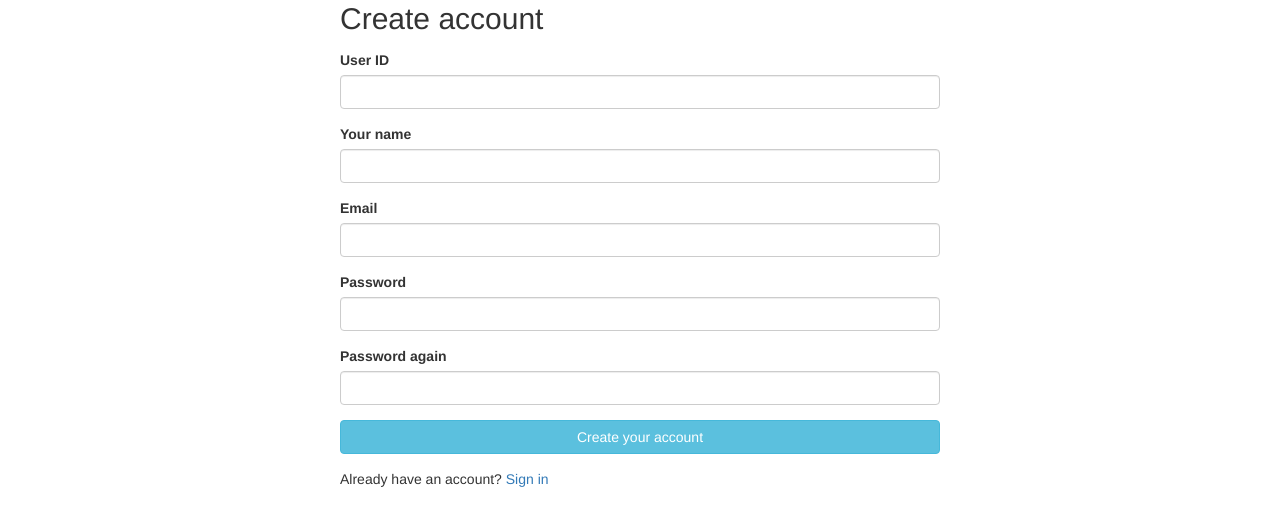
Repository: vishnujayabalan/MobileShopping
Page: http://localhost/frontend/WEB-INF/view/Register.jsp
The author's editor kept a copy of each file at every save. The page is drawn from the files as they stood at one save, then again after the next save.
The browser window is 1280 px wide. The pictures show the whole page.
Some web libraries are served in a nearby version. The page is served by Tomcat 9. Nobody is signed in. Other server files are loaded and not shown. The template is opened directly, without the code that normally fills it, so the values that code supplies are empty.

Above is the page before, as saved 2017-04-03 09:19:48.

### frontend/src/main/webapp/WEB-INF/view/Register.jsp
<%@ page language="java" contentType="text/html; charset=ISO-8859-1"
    pageEncoding="ISO-8859-1"%>
<!DOCTYPE html PUBLIC "-//W3C//DTD HTML 4.01 Transitional//EN" "http://www.w3.org/TR/html4/loose.dtd">
<html>
<head>
<%@ taglib uri="http://java.sun.com/jsp/jstl/core" prefix="c"%>
<meta http-equiv="Content-Type" content="text/html; charset=ISO-8859-1">
<meta name="viewport" content="width=device-width, initial-scale=1">
  <link rel="stylesheet" href="https://maxcdn.bootstrapcdn.com/bootstrap/3.3.7/css/bootstrap.min.css">
  <script src="https://ajax.googleapis.com/ajax/libs/jquery/3.1.1/jquery.min.js"></script>
  <script src="https://maxcdn.bootstrapcdn.com/bootstrap/3.3.7/js/bootstrap.min.js"></script>
<title>register</title>
</head>
<style>


h2 {
  margin-top: 2px;
  margin-bottom: 2px;
}

.container { max-width: 600px; }

.divider {
  text-align: center;
  margin-top: 20px;
  margin-bottom: 5px;
}
.divider hr {
 margin: 7px 0px;
  width: 35%;

}
.left { float: left; }

.right { float: right; }

<c:if test="${!empty register }">
					<div id="login-alert"
						class="alert alert-success col-sm-12">

							${msg}

					</div>
					</c:if>

</style>
<body>

    <div class="container">
		<div class="row">

					<form method="POST" action="create_register" method="get">
						<div class="form-group">
							<h2>Create account</h2>
						</div>
						<div class="form-group">
							<label class="control-label" for="id">User ID</label>
							<input name="userid" type="text" maxlength="20" class="form-control">
						</div>
						<div class="form-group">
							<label class="control-label" for="signupName">Your name</label>
							<input name="name" type="text" maxlength="50" class="form-control">
						</div>
						<div class="form-group">
							<label class="control-label" for="signupEmailagain">Email </label>
							<input name="email" type="email" maxlength="50" class="form-control">
						</div>
						<div class="form-group">
							<label class="control-label" for="signupPassword">Password</label>
							<input name="pwd" type="password" maxlength="25" class="form-control"  length="40">
						</div>
						<div class="form-group">
							<label class="control-label" for="signupPasswordagain">Password again</label>
							<input name="cpwd" type="password" maxlength="25" class="form-control">
						</div>
						<div class="form-group">
							<button id="signupSubmit" type="submit" class="btn btn-info btn-block">Create your account</button>
						</div>
						<p></p>Already have an account? <a href="clicklog">Sign in</a></p>
					</form>
				</div>
			</div>
		</div>
	</div>
</body>
</html>

After the next save:
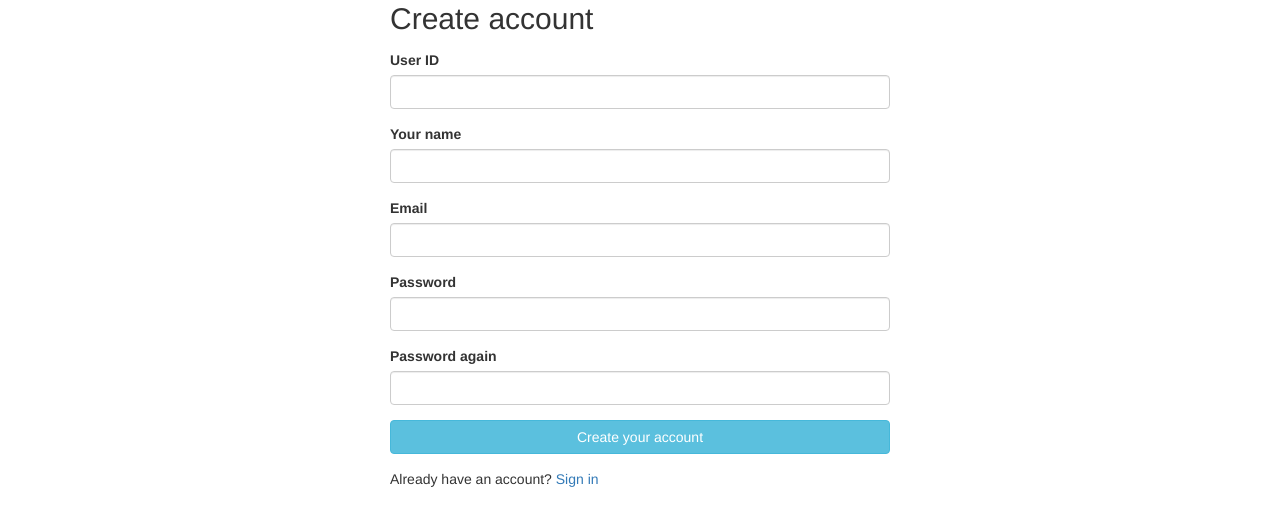
Saved 32 s later.
--- a/frontend/src/main/webapp/WEB-INF/view/Register.jsp
+++ b/frontend/src/main/webapp/WEB-INF/view/Register.jsp
@@ -19,7 +19,7 @@ h2 {
   margin-bottom: 2px;
 }
 
-.container { max-width: 600px; }
+.container { max-width: 500px; }
 
 .divider {
   text-align: center;
@@ -49,7 +49,6 @@ h2 {
 
     <div class="container">
 		<div class="row">
-
 					<form method="POST" action="create_register" method="get">
 						<div class="form-group">
 							<h2>Create account</h2>
